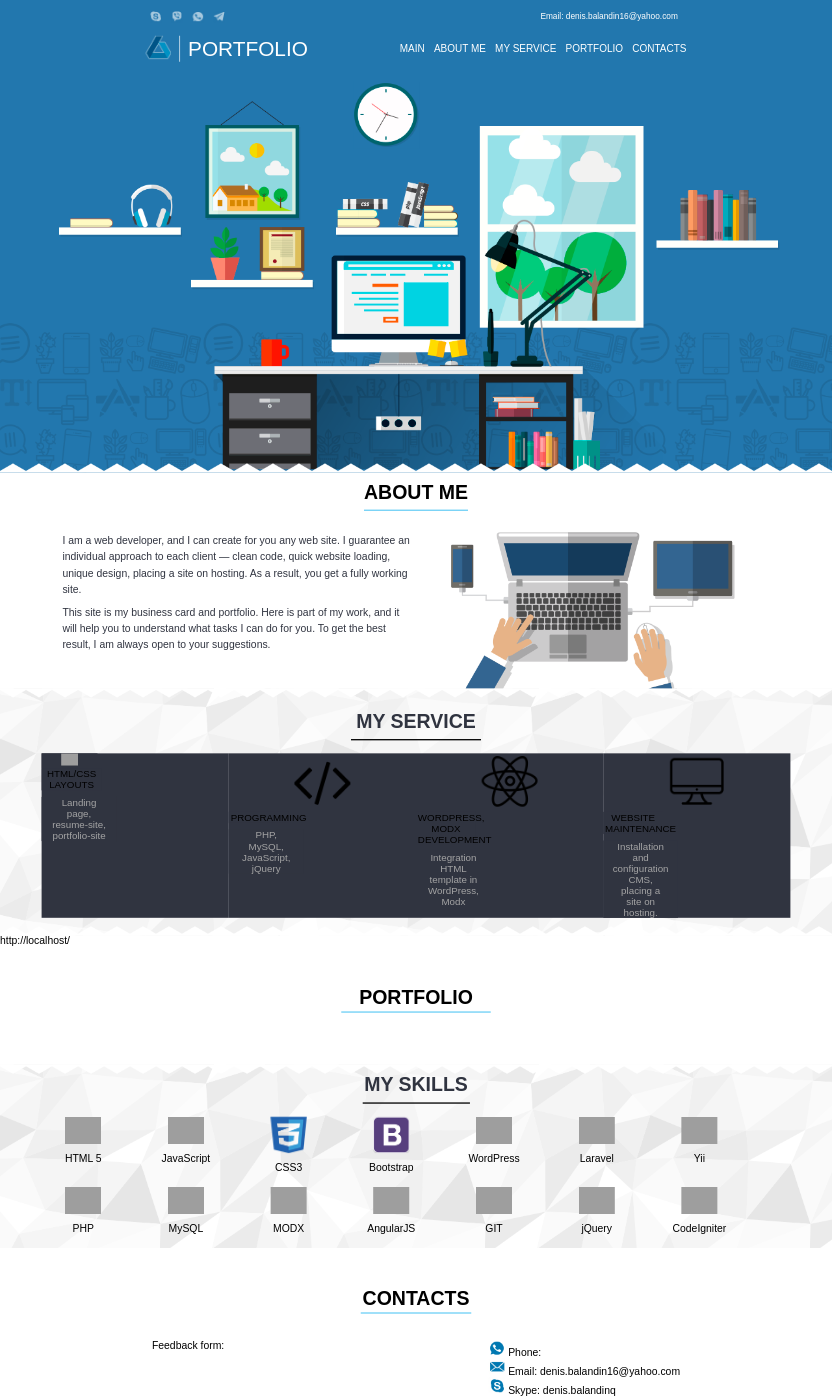
Repository: DenisBalandin/Portfolio
Page: /
These files come from the project's save history. The page is drawn as it stood at one moment and after the next save; the edit follows.
The browser window is 1280 px wide. The pictures show the whole page, at 65% of full size.
Pictures or frames that could not be fetched are drawn as grey boxes. The page's requests for data from a server got no answer. The project was rebuilt for these pictures with package versions that can differ from the ones it lists, and the page was loaded fresh each time. No one was signed in, and anything a server would have sent is missing. Also part of the build but not shown: src/ItemPage.js.

Above is the page before, as saved 2020-03-07 15:08:28.

### src/App.js
import React from 'react';
import './style.scss';
import ItemPage from './ItemPage';
import Home from './Home';
import Header from './Header';


import {BrowserRouter as Router,Route, Link} from 'react-router-dom';

function App(){
  return (
    <Router>
      <Header/>
      <Route exact path="/pageitem" component={ItemPage} />

      <Route exact path="/pageitem/:itemid" component={ItemPage} />
      <Route exact path="/" component={Home} />
    </Router>
  );
}

export default App;

### src/style.scss
*{padding: 0; margin: 0;}
body{font-family: Arial; min-width: 500px; }
a{text-decoration: none; color: #FFFFFF; text-decoration: none;}
li{list-style: none;}

/* Heder */
#first_page_bg{
    width:100%;
    height: 70%;
    background: #2277ae;
    header{
        width: 65%;
        margin: 0 auto 0 auto;
        .up_menu_links{
            display: flex;
            justify-content: space-between;
           padding: 2% 0 0 0;
            .social_link{
                width: 30%;
                a{

                    img{
                        width: 7%;
                    }
                    margin: 0 3% 0 3%;
                }
            }
            .email_heder{
                 width: 30%;
                margin: 0 1.5% 0 0;
                a{
                    // display: flex;
                    .email_icon{
                        // width: 15%;
                        // width: 100%;
                        img{
                            width: 100%;
                            // position: absolute;
                            margin: 0 0 0 -2%;
                            // height: 100%;
                        }
                    }
                    div{
                        margin: 0.3% -2% 0 15%;
                        font-size: 1.0vw;
                    }
                }
            }
        }
        menu{
            margin:2% 0 5% 0;
            display: flex;
            justify-content: space-between;
            flex-wrap: wrap;
            width: 100%;
            .logo{
                width: 30%;
                display: flex;
                height: 100%;
                img{
                   width: 100%;
                //    height: 100%;
                //    margin: 5% 0 0% 0;
                }
                .company_name{
                    margin: auto;
                    margin: 0% 0 0 5%;
                    // height: 90%;
                    padding: 0 0 0 5%;
                    border-left: #FFFFFF 1px solid;
                    font-size: 2.5vw;
                    // height: 100%;
                    display: table;
                    a{
                        vertical-align: middle;
                    }
                }
            }
            .menu_heder{
                padding: 1.2% 0 0 0;
                width: 53%;
                display: flex;
                justify-content: space-between;
                div{
                    display: table;
                    a{
                        font-size: 1.2vw;
                        vertical-align: middle;

                    }
                    a:hover{
                        text-decoration: underline;
                    }
                }
            }
        }
    }
}
/*Heder end*/

/*Page*/
#first_page_bg_single{ width: 100%; height: 195px; background: #2277ae; padding:0px 0 0 0; overflow: hidden;}
.bg_page_insaide_page{width: 100%; background: url("img/pattop1.png") repeat-x; height: 230px; position: relative; z-index:5;}
.deltatop_page_page{width: 100%; background: url("img/deltatop.png") repeat-x; height: 14px; position: relative; z-index: 20; margin: -13px 0 0 0;}
#content_page{
    max-width: 1200px;
    margin: 30px auto 0px auto;
    display: flex;
    flex-wrap: wrap;
    flex-direction: row;
    justify-content: space-around;
}
.content_pageh1{
    font-size: 30px;
    text-transform: uppercase;
    text-align: center;
    font-weight: bold;
    position: relative;
    margin-bottom: 30px;
    color:#303440;
    text-decoration: underline;
    padding: 40px 0 10px 0;
}
#content_page img{
    width: 100%;
    height: auto;
}
/*Page end*/
.order_site{float: right; margin: 15px 0 0 20px; width: 178px; height: 30px; border: 1px solid #6ca6cd; text-align: center; color: #ffffff; padding: 10px 0 0 0; font-size: 14px; box-shadow: 9px 8px 4px -7px #2277ae; }
.order_site:hover{background: #0298cc; cursor: pointer;}
.company_name{
    color: #ffffff;
    font-size: 45px;
    margin: -10px 0 0 15px;
}
.company_name a{color: #FFFFFF;}
.company_name a:hover{color: #FFFFFF; text-decoration: none;}
.logo_border{
    width: 1px; height: 50px; background: #FFFFFF; margin: 0 10px 0 25px;
}
.content_description{
    max-width: 750px;
    height: 60px;
    float: left;
    font-size: 14px;
    color: #303440;
    margin: 0 0px 0 0;
}
.tools{ font-size: 15px; color: #303440; padding: 0 0 0 0px; }
.content_link{font-size: 15px; color: #303440; margin:0px 0 20px 0;}
.content_link a{color: #303440; text-decoration: underline;}
.content_link a:hover{text-decoration: none;}
.content_text{
    width: 80%;
    background: #fff;
    border: 1px solid #59759b;
    overflow: hidden;
    margin: 0 auto 0 auto;
}
.content_text img{
    width: 100%!important;
    height: 50%!important;
}
.web_line{ background:url("img/web_line.jpg")no-repeat;  display: inline-block; height: 69px; max-width: 1150px; margin: 0 0 -5px 0; border-right: 1px solid #59759b; border-left: 1px solid #59759b; border-top: 1px solid #59759b;}
.content_url{float: left; margin: 40px 0 0 160px;}
.content_url a{color: #585353;}
/*Links end*/
.flex-container {
    display: flex;
    flex-direction:  row-reverse;
}
/*Top Menu*/
.heder_menu{
    display: flex;
}
.top_menu{
    margin: 20px 0;
    display: flex;
    flex-direction:row;
}
/*Page bg*/
.page_bg{
    margin: -10px auto 0 auto;
}
.bg_page_insaide{width: 100%; background: url("img/pattop.png") repeat-x;  position: relative; z-index:5; background-position: bottom;
    display: flex;
    flex-direction: column;
}
.bg_page_insaide_single{width: 100%; margin: 15px 0 0 0; background: url("img/pattop.png") repeat-x; height: 130px; position: relative; z-index:5;}
.deltatop_page{width: 100%; background: url("img/deltatop.png") repeat-x; height: 14px; position: relative; z-index: 20; margin: -14px 0 0 0;}
/*Page bg end*/

/*About me*/
#about_me{
    width: 85%;
    margin:  1% auto 0% auto;
    h1{
        font-size: 30px;
        text-transform: uppercase;
        margin: 0 auto 2% auto;
        font-weight: bold;
        position: relative;
        border-bottom: 2px solid #6dcff6;
        width: 160px;
        padding: 0 0 10px 0;
    }
    .about_me_content{
    display: inline-block;
    height: 40%!important;

        p{
            box-sizing: border-box;
            font-size: 20px "Roboto";
            line-height: 25px;
            color: #303440; margin: 1% 0 1% 0;
        }
        img{
            // width: 30%;
            padding: 0 5% 0 5%;
            margin: 0 0 0% 0;

        }
    }
}
/*About me end*/

/*My Service*/
#my_service_bg{
    height: 100%;
    background: url("img/bgdelta.png") repeat-x;
    h3{
        font-size: 30px;
        text-transform: uppercase;
        font-weight: bold;
        color: #303440;
        width: 200px;
        text-align: center;
        margin: 20px auto 20px auto;
        border-bottom: 2px #000000 solid;
        padding: 0 0 10px 0;
    }
    .my_service_line_top{
        width: 100%;
        height: 14px;
        background: url("img/deltabottom.png") repeat-x;
    }
    .my_service_line_bottom{
        width: 100%;
        height: 14px;
        background: url("img/deltatop.png") repeat-x;
    }
    #my_service{
        width: 90%;
        margin: 0px auto 1% auto;
        display: flex;
        // flex-wrap: wrap;
        // justify-content: space-between;

        div{
            background: #303440;
            text-align: center;
            // width: 300px;
            width: 30%;
            img{
                width: 30%;
                // margin:  0 auto 2% auto;
            }
            .text_1{
                text-align: center;
                padding: 0 1% 0 1%;
                font-size: 15px;
            }
            .text_2{
                text-align: center;
                padding: 0 5% 0 5%;
                color:#a4a4a4;
                font-size: 15px;
                // width: 300px;
            }
        }
    }
}


/*My service end*/

/*Portfolio*/
#portfolio{
    max-width: 1200px;
    margin: 0 auto 40px auto;
    display: flex;
    flex-direction:row;
    flex-wrap: wrap;
    justify-content: center;
}
.portfolioh3{
    font-size: 30px;
    text-transform: uppercase;
    text-align: center;
    font-weight: bold;
    position: relative;
    border-bottom: 2px solid #6dcff6;
    width: 230px;
    margin: 60px auto 40px auto;
    padding: 0 0 5px 0;
}
#portfolio .portfolioblock{
    border: 1px solid #bfd2e1;
    width: 368px;
    margin: 10px;
    box-shadow: 5px 5px 4px -5px #000000;
}
#portfolio div img{
    margin: -12px 0 0px 0;
    display: inline-block;
}
.p_name{
    background:#2d7eb2;
    text-align: center;
    height: 40px;
    opacity: 0.8;
    padding: 2px 20px;
    margin: 0 auto 0 auto;
}
.p_name a{
    font-size: 20px;
    color: #ffffff;
}
.p_name:hover{
    text-decoration: none;
}
/*Portfolio end*/

/*Content blog*/
#content_blog{ max-width: 1200px;  margin: 0 auto 40px auto; min-height: 300px;}
/*Content blog end*/



/*I used*/
#my_skils_bg{
    width: 100%;
    height: 100%;
    background: url("img/bgdelta.png") repeat-x;
    margin: 0 0 40px 0;
}
.my_skils_line_top{
    width: 100%;
    height: 14px;
    background: url("img/deltabottom.png") repeat-x;
}
.my_skils_line_bottom{
    width: 100%;
    height: 14px;
    background: url("img/deltatop.png") repeat-x;
}
#my_skils{
    max-width: 1200px;
    margin: 10px auto 0px auto;
    display: flex;
    flex-direction:row;
    flex-wrap: wrap;
}
#my_skils div img{}
.my_skillsh3{
    font-size: 30px;
    text-transform: uppercase;
    font-weight: bold;
    color: #303440;
    width: 165px;
    text-align: center;
    margin: 0 auto 20px auto;
    border-bottom: 2px #000000 solid;
    padding: 0 0 10px 0;
}
#my_skils div{ width: 140px; text-align: center; margin: 0 0 20px 18px;}
#my_skils div img{margin: 0 0 10px 0; width:40%;}
.about_me_img{}
.text_1{ text-align: center;}
.text_2{ text-align: center; margin: 10px 0 0 0; color:#a4a4a4; font-size: 13px;}
/*I used end*/

/*Portfolio*/
.contactsh3{
    font-size: 30px;
    text-transform: uppercase;
    text-align: center;
    font-weight: bold;
    position: relative;
    border-bottom: 2px solid #6dcff6;
    width: 170px;
    margin: 60px auto 40px auto;
    padding: 0 0 5px 0;
}
#contacts{
    max-width: 1200px;
    margin: 0 auto 0px auto;
    display: flex;
    flex-direction:row;
    flex-wrap: wrap;
    justify-content: space-around;
}
.formcont{ margin: 0 20px 0 0;}
.formcont input{border: 1px solid #dddddd; margin: 10px 0 10px 0; width: 250px; height: 30px; color: #666666; padding: 0 0 0 10px;}
.formcont textarea{border: 1px solid #dddddd; margin: 10px 0 10px 0; width: 410px; height: 70px; color: #666666; padding: 15px 0 0 10px;}
.formcont button{ background:#0298cc; height: 40px; width: 180px; color: #ffffff; font-size: 18px; border: 1px solid #6ca6cd; cursor: pointer;}
.formcont button:hover{ background:#2277ae;}
/*Portfolio end*/

/*Footer*/
#footer_bg{background: #2277ae; width: 100%; height: 100px; margin: 50px 0 0 0; }
#footer{max-width: 1200px;  margin: 10px auto 0px auto; height: 50px;}
.copyright{ color: #ffffff; margin: 25px 0 0 10px;}
.footermenu{ margin: 25px 0 0 0;}
.footermenu li{float: left; font-size: 14px; margin: 0 10px 0 10px; color: #ffffff; border-bottom: 1px solid #ffffff;}
.footermenu li:hover{border-bottom: 1px solid #2277ae;}
/*footer end*/


@media all and (max-width: 900px) {
    menu{
        display: block!important;
        .logo{
            width: 60%;
           margin: 2% auto 2% auto;
        }
        .menu_heder{
            width: 90%!important;
            margin: 2% auto 4% auto;
            a{
                font-size: 2vw!important;
            }

        }
    }
    .social_link{
        display: none
    }
    .email_heder{
        display: none
    }
    #my_service{
        flex-wrap: wrap;
    }

    #about_me p img {
        width: 0%;
    }

    #my_skils div img {
        width: 0% !important;
    }

    #my_skils{
        justify-content: space-around!important;
    }
    #my_skils div{
        margin: 0 !important;
    }
    .top_menu{
        display: none!important;
    }
    .menu{
        margin: 10px 0 40px 0!important;
        justify-content: space-around !important;
    }
    #about_me p{
        padding: 0 30px 0 30px!important;
    }
}

### src/Home.js
import React,{Component} from 'react';
import AboutMe from './AboutMe';
import MyService from './MyService';
import MySkills from './MySkills';
import Contacts from './Contacts';
import Portfolio from './Portfolio';
import {BrowserRouter as Router,Route, Link} from 'react-router-dom';


class Home extends Component{
    render(){
        return(
            <div>
                <Router>
                    <AboutMe/>
                    <MyService/>
                    <Portfolio/>
                    <MySkills/>
                    <Contacts/>
                </Router>
            </div>
        );
    }
}
export default Home;

### src/AboutMe.js
import React from 'react';
import aboutme from './img/aboutme.png';

function AboutMe(){
    return(
        <div id="about_me">
            <h1>ABOUT ME</h1>
            <div className="about_me_content">
                <p>
                    <img className="about_me_img" align="right" src={aboutme} width="40%"/>
                    I am a web developer, and I can create for you any web site. I guarantee an individual approach to each client — clean code, quick website loading, unique design, placing a site on hosting. As a result, you get a fully working site.
                </p>
                <p>
                    This site is my business card and portfolio. Here is part of my work, and it will help you to understand what tasks I can do for you. To get the best result, I am always open to your suggestions.
                </p>
            </div>
        </div>
    );
}
export default AboutMe;

### src/MyService.js
import React from 'react';
import html_icon from './img/html_icon.png';
import code_icon from './img/code_icon.png';
import react from './img/react_icon.png';
import display_icoon from './img/display_icoon.png';

function MyService(){
    return(
        <div id="my_service_bg">
          <div className="my_service_line_top"></div>
          <h3>MY SERVICE</h3>
          <div id="my_service">
              <div>
                <div className="text_img"><img src={html_icon} /></div>
                <div className="text_1">HTML/CSS LAYOUTS</div>
                <div className="text_2">Landing page, resume-site, portfolio-site</div>
              </div>
              <div>
                <img  src={code_icon} />
                <div className="text_1">PROGRAMMING</div>
                <div className="text_2">PHP, MySQL, JavaScript, jQuery</div>
              </div>
              <div>
                <img src={react}/>
                <div className="text_1">WORDPRESS, MODX DEVELOPMENT</div>
                <div className="text_2">Integration HTML template in WordPress, Modx</div>
              </div>
              <div>
                <img src={display_icoon}/>
                <div className="text_1">WEBSITE MAINTENANCE</div>
                <div className="text_2">Installation and configuration CMS, placing a site on hosting.</div>
              </div>
          </div>
          <div className="my_service_line_bottom"></div>
      </div>
    );
}
export default MyService;

### src/MySkills.js
import React from 'react';
import css3 from './img/css3.png';
import bootstrap from './img/bootstrap.png';

function MySkills(){
    return(
        <div id="my_skils_bg">
            <div className="my_skils_line_top"></div>
            <h3 className="my_skillsh3">My Skills</h3>
            <div id="my_skils">
                <div>
                    <img src="<?php bloginfo('template_directory'); ?>/img/html5.png" />
                    <p>HTML 5</p>
                </div>
                <div>
                    <img src="<?php bloginfo('template_directory'); ?>/img/js.png"/>
                    <p>JavaScript</p>
                </div>
                <div><img src={css3}/> <p>CSS3</p></div>
                <div><img src={bootstrap}/><p>Bootstrap</p></div>
                <div><img src="<?php bloginfo('template_directory'); ?>/img/wordpress.png"/><p>WordPress</p></div>
                <div><img src="<?php bloginfo('template_directory'); ?>/img/laravel.png"/><p>Laravel</p></div>
                <div><img src="<?php bloginfo('template_directory'); ?>/img/yii.png"/><p>Yii</p></div>
                <div><img src="<?php bloginfo('template_directory'); ?>/img/php.png"/><p>PHP</p></div>
                <div><img src="<?php bloginfo('template_directory'); ?>/img/mysql.png"/><p>MySQL</p></div>
                <div><img src="<?php bloginfo('template_directory'); ?>/img/modx.png"/><p>MODX</p></div>
                <div><img src="<?php bloginfo('template_directory'); ?>/img/angular.png"/><p>AngularJS</p></div>
                <div><img src="<?php bloginfo('template_directory'); ?>/img/git.png"/><p>GIT</p></div>
                <div><img src="<?php bloginfo('template_directory'); ?>/img/jquery.png"/><p>jQuery</p></div>
                <div><img src="<?php bloginfo('template_directory'); ?>/img/codeigniter.png"/><p>CodeIgniter</p></div>
            </div>
            <div className="my_service_line_bottom"></div>
        </div>
    );
}
export default MySkills;

### src/Contacts.js
import React from 'react';
import skype_cont from './img/skype_cont.jpg';
import mail_cont from './img/mail_cont.jpg';
import phone_cont from './img/phone_cont.png';

function Contacts(){
    return(
        <>
            <h3 className="contactsh3">CONTACTS</h3>
            <div id="contacts">
                <div className="formcont">
                    <p>Feedback form:</p>

                </div>
                <div className="contacts">
                    <div>
                    <img src={phone_cont}/> <span>Phone:</span>
                    </div>
                    <div>
                    <img src={mail_cont}/> <span>Email: denis.balandin16@yahoo.com  </span>
                    </div>
                    <div>
                    <img src={skype_cont}/> <span>Skype: denis.balandinq </span>
                    </div>
                </div>
            </div>
        </>
    );
}
export default Contacts;

### src/Portfolio.js
import React,{Component} from 'react';
import portfolioicon from './img/portfolioicon.jpg';
import { db } from "./firebase";
import ReactHtmlParser, { processNodes, convertNodeToElement, htmlparser2 } from 'react-html-parser';
import {BrowserRouter as Router,Route, Link} from 'react-router-dom';

class Portfolio extends Component{
    constructor(props){
        super(props);
        this.state = {
            pages:[]
        }
    }
    componentDidMount(){
        this.getFetch();
    }
    getFetch = () => {
        // db.collection("messages")
        // .get()
        // .then(querySnapshot => {
        //     let fullArray = [];
        //     const data = querySnapshot.docs.map(doc => doc.data());
        //     for(var int = 0; int < data.length; int++){
        //         fullArray[int] = {
        //             name: data[int].name,
        //             date:data[int].date,
        //             check:data[int].check,
        //             id: querySnapshot.docs[int].id,
        //         }
        //     }
        //     this.setState({ users: fullArray });
        // });
        fetch('http://testwoo/wp-json/wp/v2/posts')
        .then(response => response.json())
        .then(
            result => this.setState({
                pages:result
            })
        );
    }

    render(){
       return(
           <>
           {window.location.href}
            {/* <Route exact path="/"  component={Home}/> */}
            <h3 className="portfolioh3">PORTFOLIO</h3>
            <div id="portfolio">
                {this.state.pages.map((page, index)=>
                    <div className="portfolioblock">
                        {/* <Link to={`/pageitem/${page.id}`}>
                            <img src={portfolioicon}  width="368"/>
                            { ReactHtmlParser(page.excerpt.rendered)}
                        </Link>
                        <div className="p_name">
                            <a href="/pexuniverse/">{page.title.rendered}</a>
                        </div> */}
                    </div>
                )}


            </div>
        </>
       );
   }
}
export default Portfolio;

### src/firebase.js
import firebase from 'firebase';

const firebaseApp = firebase.initializeApp({
    apiKey: "AIzaSyBH21wpMVzXC2kYGnD8x1tI6ru-zdWNAqs",
    authDomain: "test-4ba23.firebaseapp.com",
    databaseURL: "https://test-4ba23.firebaseio.com",
    projectId: "test-4ba23",
    storageBucket: "test-4ba23.appspot.com",
    messagingSenderId: "597606478464",
    appId: "1:597606478464:web:6e48455407186638df2c65",
    measurementId: "G-NDR2C185V9"
});

const db = firebaseApp.firestore();

export {db};

Loaded but not shown: public/index.html (common file); src/index.js (common file); src/index.css (common file); src/serviceWorker.js (common file); src/Header.js (72 lines, source omitted)

After the next save:
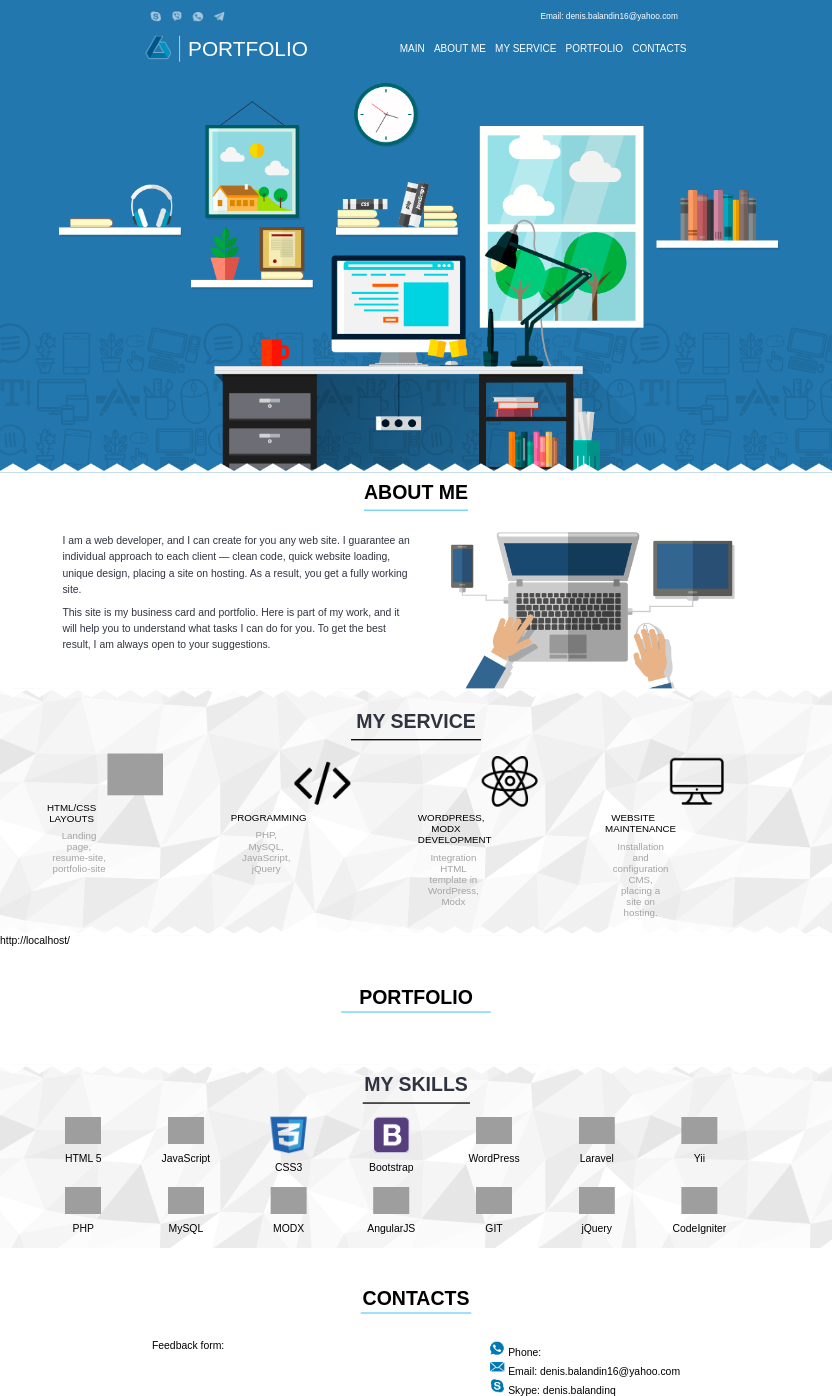
Saved 21 s later.
--- a/src/style.scss
+++ b/src/style.scss
@@ -257,10 +257,17 @@
         // justify-content: space-between;
 
         div{
-            background: #303440;
+
             text-align: center;
             // width: 300px;
             width: 30%;
+            .text_img{
+                width: 100%;
+                img{
+                    width: 30%;
+                    margin:  0 auto 2% auto;
+                }
+            }
             img{
                 width: 30%;
                 // margin:  0 auto 2% auto;
